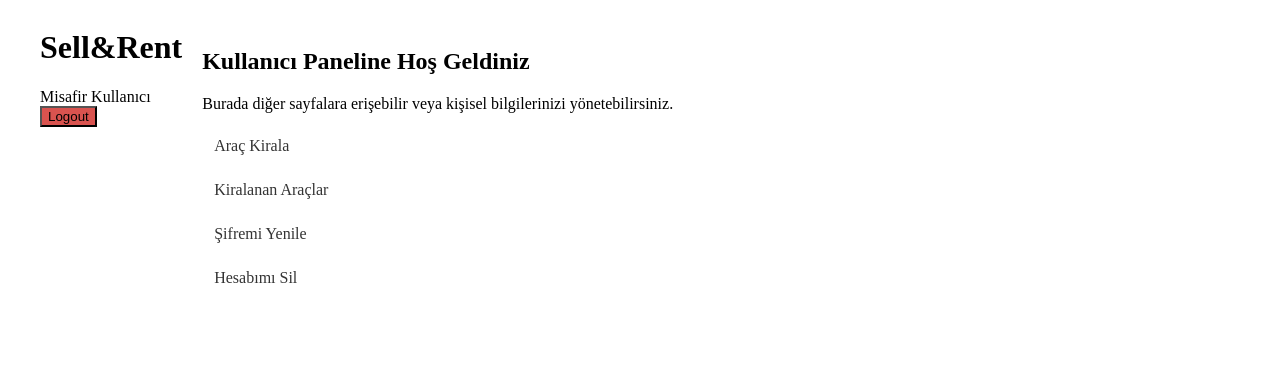
Repository: SelmanEminKulfal/CarBookManagementSystemUsingJava
Page: http://localhost/sellandrent/user-panel.jsp
These files come from the project's save history. The page is drawn as it stood at one moment and after the next save; the edit follows.
The browser window is 1280 px wide. The pictures show the whole page.
The page is served by Tomcat 10. Nobody is signed in. The application's start-up code is not run. Other server files are loaded and not shown.

Above is the page before, as saved 2025-04-12 09:09:54.

### sellandrent/src/main/webapp/user-panel.jsp
<%@ page language="java" contentType="text/html; charset=UTF-8" pageEncoding="UTF-8" %>
<%@ page import="com.sellandrent.model_tier.Customer" %>

<!DOCTYPE html>
<html>
<head>
<link rel="stylesheet">
    <title>Kullanıcı Paneli - Sell&Book</title>
    <style type="text/css">
    	.navbar {
            background-color: #333;
            color: white;
            padding: 15px 20px;
            display: flex;
            justify-content: space-between;
            align-items: center;
        }

        .navbar-left {
            font-size: 20px;
            font-weight: bold;
        }

        .navbar-right a, .navbar-right button {
            color: white;
            text-decoration: none;
            margin-left: 15px;
            padding: 8px 12px;
            border: none;
            border-radius: 4px;
            background-color: transparent;
            cursor: pointer;
            font-size: 16px;
        }

        .navbar-right button {
            background-color: #d9534f; /* Kırmızımsı bir renk */
        }

        .navbar-right button:hover {
            background-color: #c9302c;
        }

        .container {
            display: flex;
            width: 100%;
            max-width: 1200px; /* İsteğe bağlı maksimum genişlik */
            margin: 0 auto; /* Sayfayı ortala */
        }

        .aside {
            width: 250px;
            background-color: #f8f9fa; /* Açık gri bir arka plan */
            padding: 20px;
            border-right: 1px solid #dee2e6; /* Sağ çizgi */
            display: flex;
            flex-direction: column;
            align-items: flex-start; /* İçeriği sola yasla */
        }

        .profile-info {
            display: flex;
            align-items: center;
            margin-bottom: 20px;
        }

        .profile-icon {
            width: 40px;
            height: 40px;
            border-radius: 50%;
            background-color: #007bff; /* Mavi bir ikon rengi */
            color: white;
            font-size: 20px;
            text-align: center;
            line-height: 40px;
            margin-right: 10px;
        }

        .profile-name {
            font-weight: bold;
        }

        .aside-links {
            list-style: none;
            padding: 0;
            margin: 0;
            width: 100%;
        }

        .aside-links li {
            margin-bottom: 10px;
        }

        .aside-links li a {
            display: block;
            color: #333;
            text-decoration: none;
            padding: 8px 12px;
            border-radius: 4px;
            transition: background-color 0.3s ease;
        }

        .aside-links li a:hover {
            background-color: #e9ecef;
        }

        .content {
            flex-grow: 1;
            padding: 20px;
        }
    </style>
</head>
<body>
    <div class="container">
        <div class="header">
            <h1>Sell&Rent</h1>
            <div class="user-info">
    			<% Customer loggedInUser = (Customer) session.getAttribute("loggedInUser"); %>
   				<% if (loggedInUser != null) { %>
        		<span class="username"><%= loggedInUser.getName() %> <%= loggedInUser.getSurname() %></span>
        		<% } else { %>
        		<span class="guest">Misafir Kullanıcı</span>
    			<% } %>
    			<form action="logout" method="post">
        			<button type="submit" class="navbar-button" style="background-color: #d9534f;">Logout</button>
    			</form>
			</div>
        </div>
        <div class="content">
            <h2>Kullanıcı Paneline Hoş Geldiniz</h2>
            <p>Burada diğer sayfalara erişebilir veya kişisel bilgilerinizi yönetebilirsiniz.</p>
            <ul class="aside-links">
                <li><a href="rent-a-car">Araç Kirala</a></li>
                <li><a href="rented-vehicles">Kiralanan Araçlar</a></li>
                <li><a href="change-password">Şifremi Yenile</a></li>
                <li><a href="delete-account">Hesabımı Sil</a></li>
            </ul>
        </div>
    </div>
</body>
</html>

After the next save:
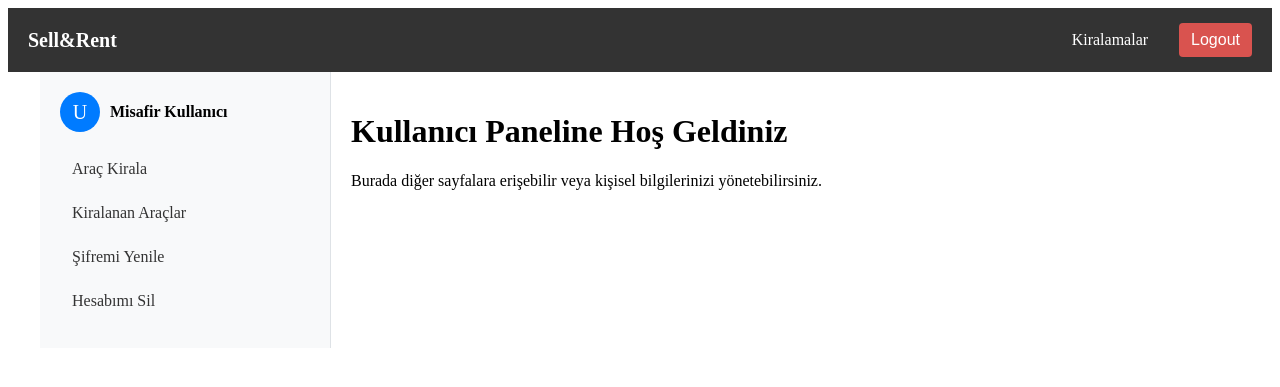
Saved 4 min 58 s later.
--- a/sellandrent/src/main/webapp/user-panel.jsp
+++ b/sellandrent/src/main/webapp/user-panel.jsp
@@ -111,30 +111,51 @@
     </style>
 </head>
 <body>
+    <div class="navbar">
+        <div class="navbar-left">Sell&Rent</div>
+        <div class="navbar-right">
+            <a href="rents">Kiralamalar</a>
+            <form action="logout" method="post" style="display: inline;">
+                <button type="submit">Logout</button>
+            </form>
+        </div>
+    </div>
+
     <div class="container">
-        <div class="header">
-            <h1>Sell&Rent</h1>
-            <div class="user-info">
-    			<% Customer loggedInUser = (Customer) session.getAttribute("loggedInUser"); %>
-   				<% if (loggedInUser != null) { %>
-        		<span class="username"><%= loggedInUser.getName() %> <%= loggedInUser.getSurname() %></span>
-        		<% } else { %>
-        		<span class="guest">Misafir Kullanıcı</span>
-    			<% } %>
-    			<form action="logout" method="post">
-        			<button type="submit" class="navbar-button" style="background-color: #d9534f;">Logout</button>
-    			</form>
-			</div>
-        </div>
+		 <div class="aside">
+		    <div class="profile-info">
+		        <div class="profile-icon">
+		            <%
+		                // Kullanıcı adının ilk harfini alıp büyük harfe çevirebilirsiniz
+		                Customer loggedInUser = (Customer) session.getAttribute("loggedInUser");
+		                if (loggedInUser != null && loggedInUser.getName() != null && !loggedInUser.getName().isEmpty()) {
+		                    out.print(loggedInUser.getName().substring(0, 1).toUpperCase());
+		                } else {
+		                    out.print("U"); // Varsayılan ikon
+		                }
+		            %>
+		        </div>
+		        <div class="profile-name">
+		            <%
+		                if (loggedInUser != null && loggedInUser.getName() != null && loggedInUser.getSurname() != null) {
+		                    out.print(loggedInUser.getName() + " " + loggedInUser.getSurname());
+		                } else {
+		                    out.print("Misafir Kullanıcı");
+		                }
+		            %>
+		        </div>
+		    </div>
+		    <ul class="aside-links">
+		    	<li><a href="rent-a-car">Araç Kirala</a></li>
+		        <li><a href="rented-vehicles">Kiralanan Araçlar</a></li>
+		        <li><a href="change-password">Şifremi Yenile</a></li>
+		        <li><a href="delete-account">Hesabımı Sil</a></li>
+		    </ul>
+		</div>
         <div class="content">
-            <h2>Kullanıcı Paneline Hoş Geldiniz</h2>
+            <h1>Kullanıcı Paneline Hoş Geldiniz</h1>
             <p>Burada diğer sayfalara erişebilir veya kişisel bilgilerinizi yönetebilirsiniz.</p>
-            <ul class="aside-links">
-                <li><a href="rent-a-car">Araç Kirala</a></li>
-                <li><a href="rented-vehicles">Kiralanan Araçlar</a></li>
-                <li><a href="change-password">Şifremi Yenile</a></li>
-                <li><a href="delete-account">Hesabımı Sil</a></li>
-            </ul>
+            <%-- Kişisel bilgiler veya seçilen linkin içeriği buraya yüklenecek --%>
         </div>
     </div>
 </body>
